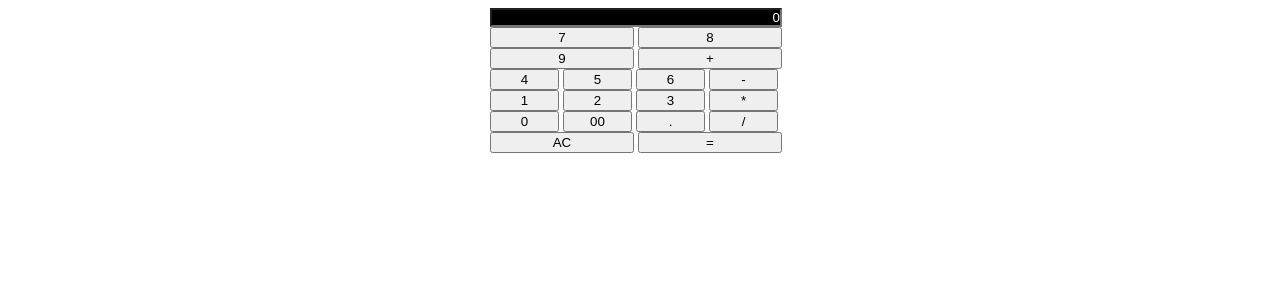
Repository: 7121yamamotorina/memo
Page: index2.html
The author's editor kept a record of every edit. The page is drawn from the files as they stood at one moment, then again after the next edit.
The browser window is 1280 px wide. The pictures show the whole page.
Some web libraries are served in a nearby version.

Above is the page before.

### index2.html
 <!DOCTYPE html>
    <html lang="en">
      <head>
        <meta charset="utf-8">
        <script src="https://code.jquery.com/jquery-3.2.1.js" integrity="sha256-DZAnKJ/6XZ9si04Hgrsxu/8s717jcIzLy3oi35EouyE=" crossorigin="anonymous"></script>
        <link rel="stylesheet" href="main2.css">
        <title>計算機</title>
      </head>

      <body>
        <div class ="wrapper">
          <input readonly id="result" type="text" value="0">

       <div class="flex-container">
         <button class="danme5" onclick="clickbutton('7')">7</button>
          <button class="danme5" onclick="clickbutton('8')">8</button>
         <button class="danme5" onclick="clickbutton('9')">9</button>
         <button class="danme5" onclick="clickbutton('+')">+</button>
       </div>
       <div>
         <button class="danme6" onclick="clickbutton('4')">4</button>
          <button class="danme6" onclick="clickbutton('5')">5</button>
         <button class="danme6" onclick="clickbutton('6')">6</button>
         <button class="danme6" onclick="clickbutton('-')">-</button>
       </div>
        <div>
         <button class="danme6" onclick="clickbutton('1')">1</button>
          <button class="danme6" onclick="clickbutton('2')">2</button>
         <button class="danme6" onclick="clickbutton('3')">3</button>
         <button class="danme6" onclick="clickbutton('*')">*</button>
       </div>
       <div>
         <button class="danme6" onclick="clickbutton('0')">0</button>
          <button class="danme6" onclick="clickbutton('00')">00</button>
         <button class="danme6" onclick="clickbutton('.')">.</button>
         <button class="danme6" onclick="clickbutton('/')">/</button>
       </div>
       <div>
       <button class="danme5" onclick="clickbutton('AC')">AC</button>
       <button class="danme5" onclick="clickbutton('=')">=</button>
        </div>
        <script src="main2.js"></script>
      </body>
    </html>

### main2.css
.wrapper{
  width: 300px;
  margin: 0 auto;
   padding: 0 ;
}
input{
  width:96%;
  padding: 0;
  margin: 0;
  text-align: right;
  background-color: black;
  color: white;
}

button{

width: 23%;
}
.danme5{
  width:48%;
}

### main2.js
function clickbutton(val){
  console.log(document.getElementById("result"))
  let result = document.getElementById("result")
  let target_value = val;
  if(target_value == "AC"){
    result.value = "0";
    console.log("0");
  }else if(target_value == "="){
    result.value = eval(result.value);
    console.log("kekka");
  }else{
    if(result.innerHTML == "0"){
      result.value = target_value;
      console.log("0dakara");
    }else{
      if(result.value.charAt(0) == "0"){
      result.value = result.value.slice(0,0)
    }
    result.value += target_value;
    console.log("owari");
  }
}
}

After the next edit:
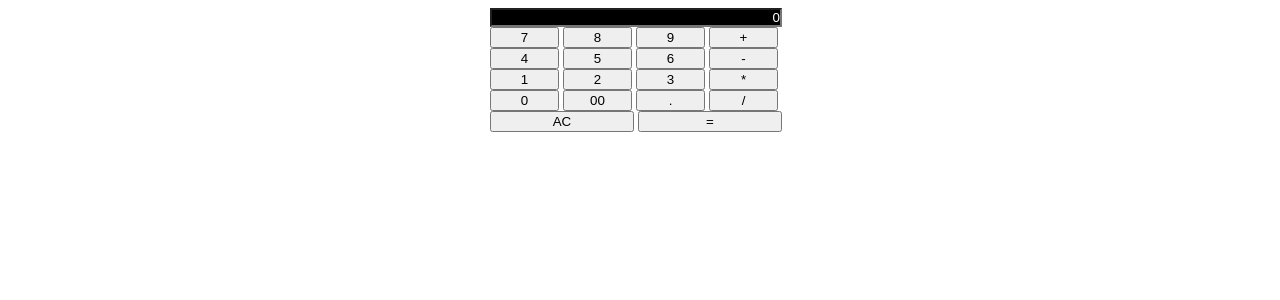
The edit:
--- a/index2.html
+++ b/index2.html
@@ -12,10 +12,10 @@
           <input readonly id="result" type="text" value="0">
 
        <div class="flex-container">
-         <button class="danme5" onclick="clickbutton('7')">7</button>
-          <button class="danme5" onclick="clickbutton('8')">8</button>
-         <button class="danme5" onclick="clickbutton('9')">9</button>
-         <button class="danme5" onclick="clickbutton('+')">+</button>
+         <button class="danme6" onclick="clickbutton('7')">7</button>
+          <button class="danme6" onclick="clickbutton('8')">8</button>
+         <button class="danme6" onclick="clickbutton('9')">9</button>
+         <button class="danme6" onclick="clickbutton('+')">+</button>
        </div>
        <div>
          <button class="danme6" onclick="clickbutton('4')">4</button>
